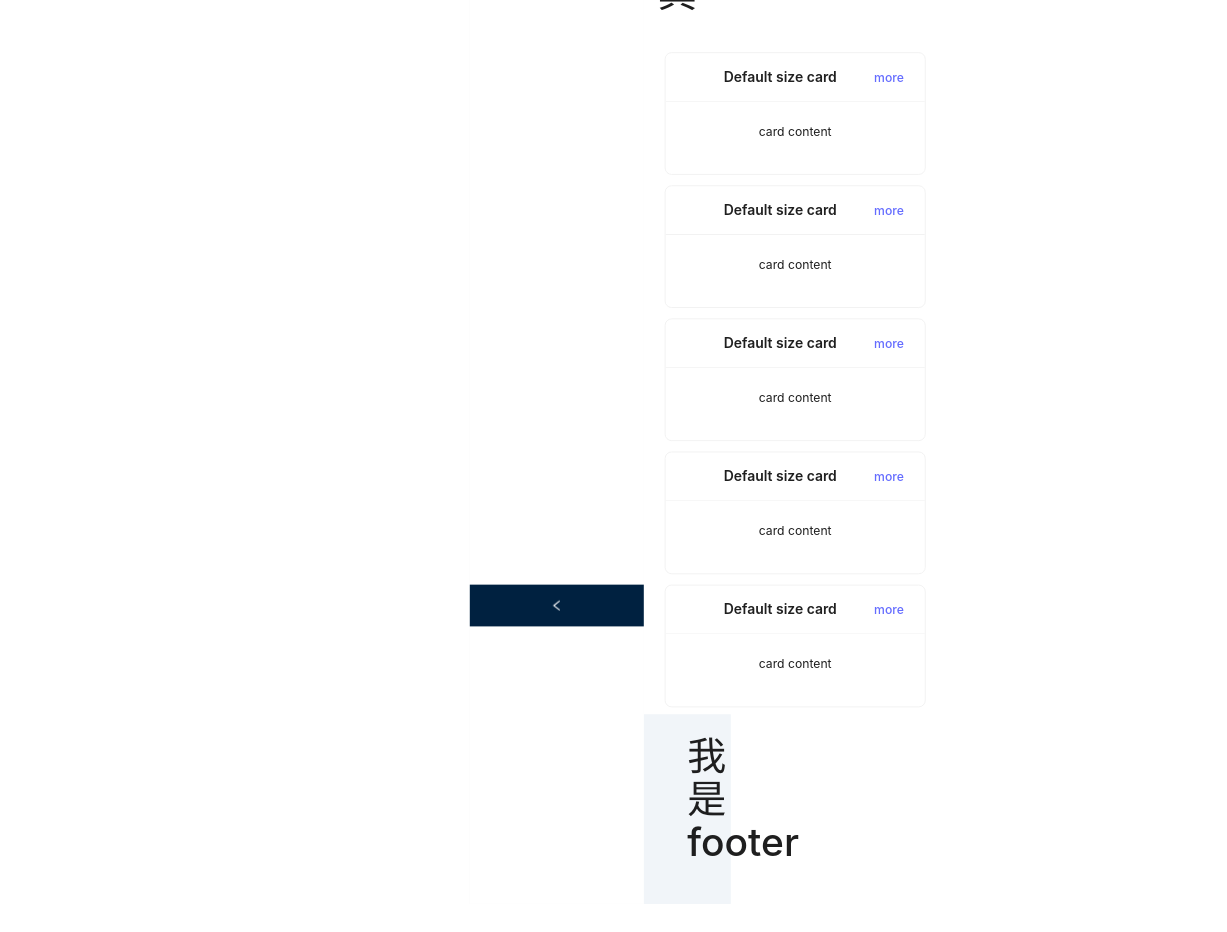
Repository: chenyl8848/chen-tool-collection
Page: /
These files come from the project's save history. The page is drawn as it stood at one moment and after the next save; the edit follows.
The browser window is 1280 px wide. The page is 1410 px wide, so the pictures cover 1410 px, including what lies to the right of the window. The pictures show the whole page, at 87% of full size.
The project was rebuilt for these pictures with package versions that can differ from the ones it lists, and the page was loaded fresh each time. Also part of the build but not shown: vite.config.ts, src/components/HelloWorld.vue.

Above is the page before, as saved 2024-01-12 16:25:24.

After the next save:
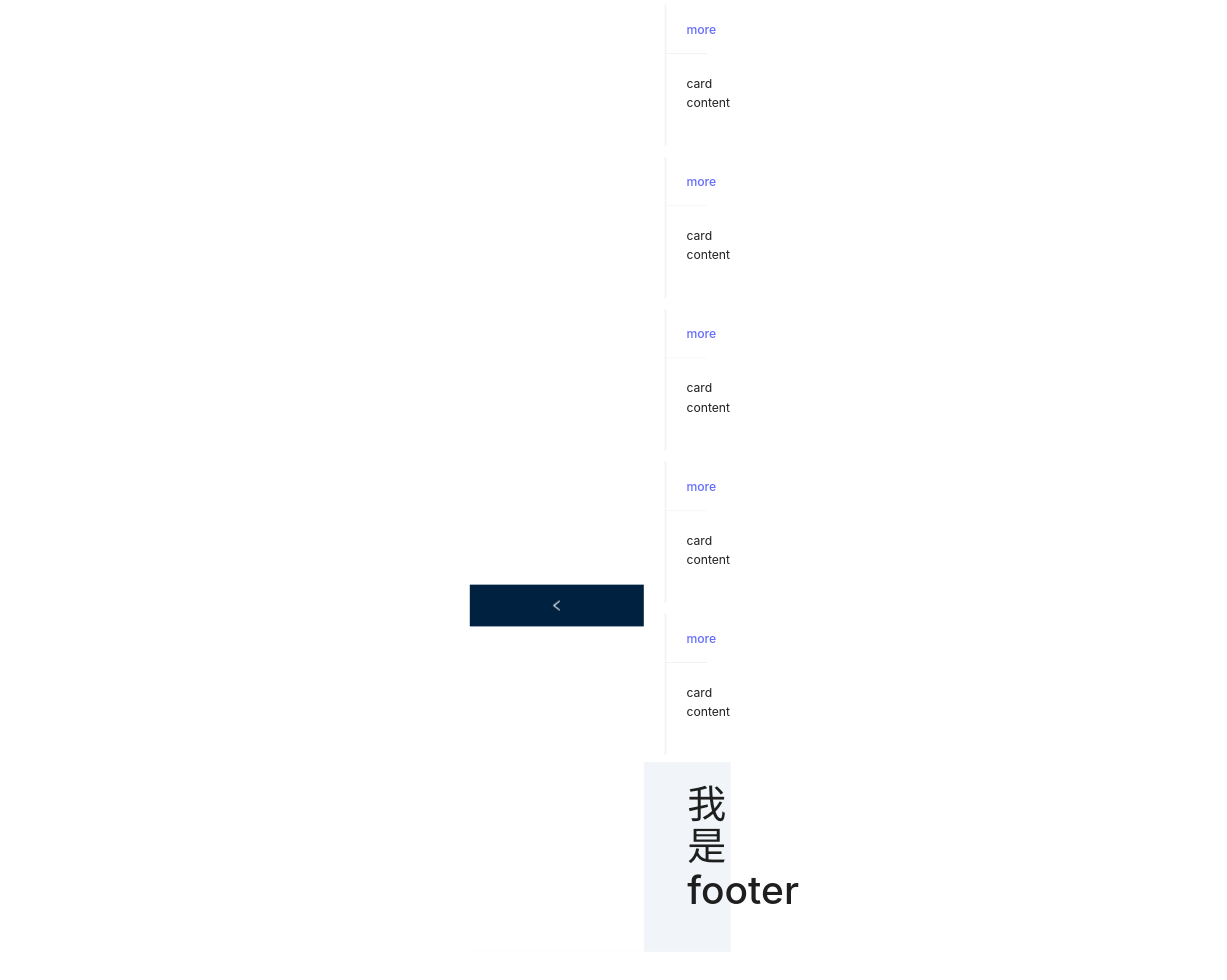
Saved 12 s later.
--- a/src/pages/Home.vue
+++ b/src/pages/Home.vue
@@ -37,7 +37,7 @@
                     {{ item.description }}
                 </a-card> -->
 
-                <a-card title="Default size card" style="width: 300px">
+                <a-card title="Default size card">
                     <template #extra><a href="#">more</a></template>
                     <p>card content</p>
                 </a-card>
